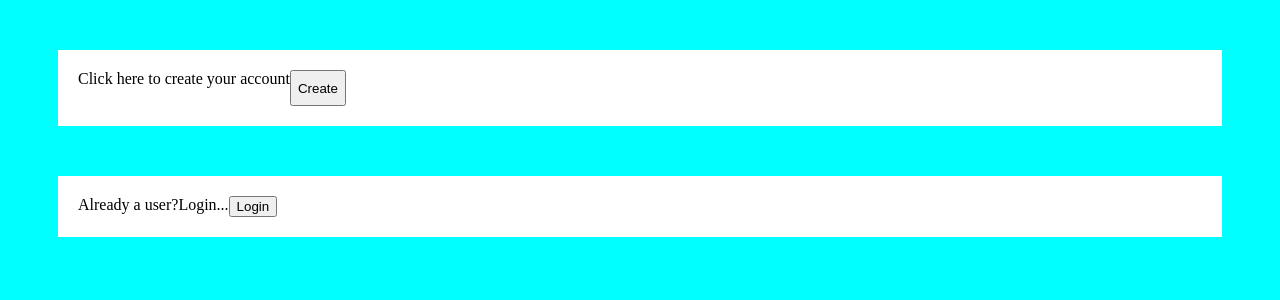
Repository: rosikraj/TurbifyTraining
Page: Wallet/WebContent/button.html
These files come from the project's save history. The page is drawn as it stood at one moment and after the next save; the edit follows.
The browser window is 1280 px wide. The pictures show the whole page.

Above is the page before, as saved 2023-09-24 05:50:39.

### Wallet/WebContent/button.html
<!DOCTYPE html>
<html>
<head>
<meta charset="ISO-8859-1">
<title>Insert title here</title>
<script type="text/javascript">
        window.history.forward();
        function noBack() {
            window.history.forward();
        }
    </script>
<style>
    	form{
    		background-color:white;
    		align:center;
    		display:flex;
    		margin:50px;
    		padding:20px;
    	}
    </style>
</head>
<body bgcolor="cyan" text="black">
<center>
<form method="post" action="create.jsp">
Click here to create your account<br>
<input type="submit" name="create" value="Create"><br><br>
</form>
<form method="post" action="login.jsp">
Already a user?Login...<br>
<input type="submit" name="login" value="Login">
</form>
</center>
</body>
</html>

After the next save:
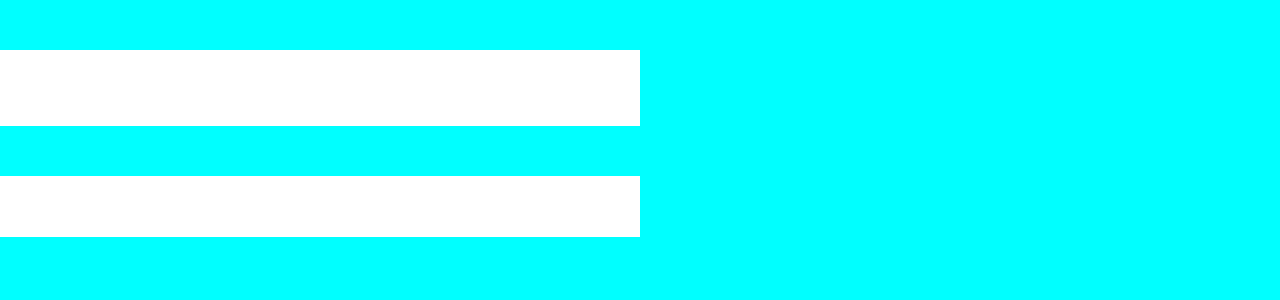
Saved 2 min 5 s later.
--- a/Wallet/WebContent/button.html
+++ b/Wallet/WebContent/button.html
@@ -16,6 +16,7 @@
     		display:flex;
     		margin:50px;
     		padding:20px;
+    		transform:translateX(-50%);
     	}
     </style>
 </head>
